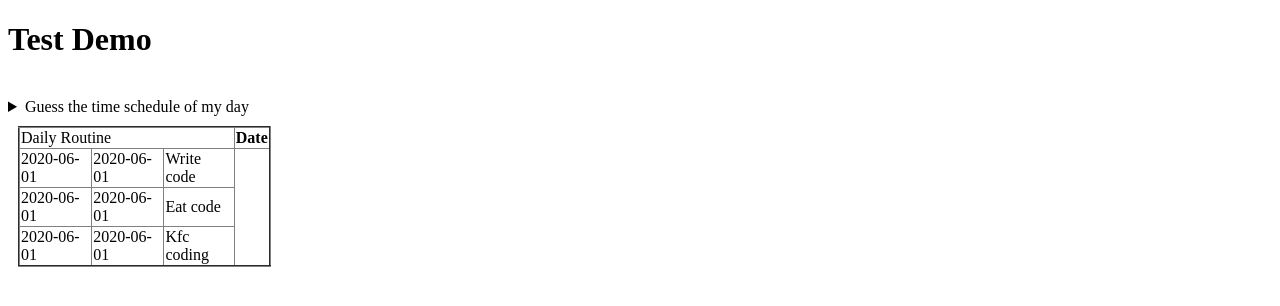
Repository: cavidk/taco_shop-web
Page: html basics/index.html
The author's editor kept a copy of each file at every save. The page is drawn from the files as they stood at one save, then again after the next save.
The browser window is 1280 px wide. The pictures show the whole page.

Above is the page before, as saved 2024-06-07 16:11:29.

After the next save:
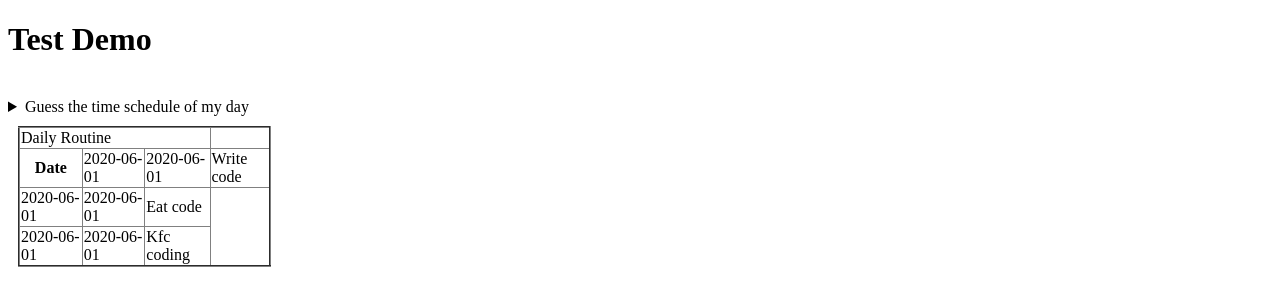
Saved 16 s later.
--- a/html basics/index.html
+++ b/html basics/index.html
@@ -23,8 +23,9 @@
    <table border="2">
 
       <td colspan="3">Daily Routine</td>
-      <th>Date</th>
+
       <tr id="border1">
+         <th>Date</th>
          <td>
             <time datetime="2020-06-01">2020-06-01</time>
            </td>
